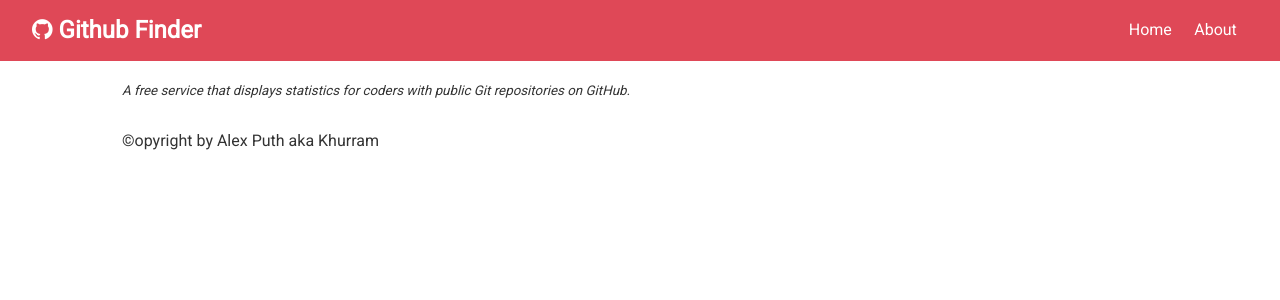
Repository: Abbaskhurram255/github-finder
Page: /about
These files come from the project's save history. The page is drawn as it stood at one moment and after the next save; the edit follows.
The browser window is 1280 px wide. The pictures show the whole page.
The page's requests for data from a server got no answer. The project was rebuilt for these pictures with package versions that can differ from the ones it lists, and the page was loaded fresh each time. No one was signed in, and anything a server would have sent is missing. Also part of the build but not shown: src/components/repos/RepoItem.js, src/components/repos/Repos.js, src/components/users/User.js, src/components/layout/Alert.js, src/components/users/Search.js, src/components/users/UserItem.js, src/components/users/Users.js, src/components/pages/Home.js and 1 more. Imported but missing from the stored project, and not drawn on this page: src/components/layout/Spinner.

Above is the page before, as saved 2020-12-19 22:11:59.

### public/index.html
<!DOCTYPE html>
<html lang="en">
  <head>
    <meta charset="utf-8" />
    <link rel="icon" href="%PUBLIC_URL%/favicon.ico" />
    <meta name="viewport" content="width=device-width, initial-scale=1" />
    <meta name="theme-color" content="#000000" />
    <meta
      name="description"
      content="Web site created using create-react-app"
    />
    <link rel="apple-touch-icon" href="%PUBLIC_URL%/logo192.png" />
    <link rel="manifest" href="%PUBLIC_URL%/manifest.json" />
    <link
      href="https://stackpath.bootstrapcdn.com/font-awesome/4.7.0/css/font-awesome.min.css"
      rel="stylesheet"
      integrity="sha384-wvfXpqpZZVQGK6TAh5PVlGOfQNHSoD2xbE+QkPxCAFlNEevoEH3Sl0sibVcOQVnN"
      crossorigin="anonymous"
    />
    <title>GitHub Finder</title>
  </head>
  <body>
    <noscript>You need to enable JavaScript to run this app.</noscript>
    <div id="root"></div>
  </body>
</html>

### src/App.js
import React, { useState } from 'react';
import { BrowserRouter as Router, Switch, Route } from 'react-router-dom';
import Navbar from './components/layout/Navbar';
import User from './components/users/User';
import Alert from './components/layout/Alert';
import Home from './components/pages/Home';
import NotFound from './components/pages/NotFound';
import About from './components/pages/About';

import GithubState from './context/github/GithubState';
import AlertState from './context/alert/AlertState';

import './App.css';

const App = () => {
  useState(null);

  return (
    <GithubState>
      <AlertState>
        <Router>
          <div className="app">
            <Navbar title="Github Finder" icon="fa fa-github" />
            <div className="container">
              <Alert />
              <Switch>
                <Route exact path="/" component={Home} />
                <Route exact path="/about" component={About} />
                <Route exact path="/user/:login" component={User} />
                <Route component={NotFound} />
              </Switch>
            </div>
          </div>
        </Router>
      </AlertState>
    </GithubState>
  );
};

export default App;

### src/components/layout/Navbar.js
import React from 'react';
import PropTypes from 'prop-types';
import { Link } from 'react-router-dom';

const Navbar = ({ icon, title }) => {
  return (
    <nav className="navbar bg-primary">
      <h1>
        <i className={icon} aria-hidden="true"></i> {title}
      </h1>
      <ul>
        <li>
          <Link to="/">Home</Link>
        </li>
        <li>
          <Link to="/about">About</Link>
        </li>
      </ul>
    </nav>
  );
};

Navbar.defaultProps = {
  title: 'Github Finder',
  icon: 'fa fa-github'
};

Navbar.propTypes = {
  title: PropTypes.string.isRequired,
  icon: PropTypes.string.isRequired
};

export default Navbar;

### src/components/pages/About.js
import React, { Fragment } from 'react';

const About = () => {
  return (
    <Fragment>
      <small><em>A free service that displays statistics for coders with public Git repositories on GitHub.</em><br /></small><br />

      <span id='ab'>&copy;opyright by Alex Puth aka Khurram</span>
    </Fragment>
  );
};

export default About;

### src/context/github/GithubState.js
import React, { useReducer } from 'react';
import axios from 'axios';
import GithubContext from './githubContext';
import GithubReducer from './githubReducer';
import {
  SEARCH_USERS,
  SET_LOADING,
  CLEAR_USERS,
  GET_USER,
  GET_REPOS
} from '../types';

let githubClientId;
let githubClientSecret;

if (process.env.NODE_ENV !== 'production') {
  githubClientId = process.env.REACT_APP_GITHUB_CLIENT_ID;
  githubClientSecret = process.REACT_APP_GITHUB_CLIENT_SECRET;
} else {
  githubClientId = process.env.GITHUB_CLIENT_ID;
  githubClientSecret = process.GITHUB_CLIENT_SECRET;
}

const GithubState = props => {
  const initialState = {
    users: [],
    user: {},
    repos: [],
    loading: false
  };

  const [state, dispatch] = useReducer(GithubReducer, initialState);
  // Search Users
  const searchUsers = async text => {
    setLoading();

    const res = await axios.get(
      `https://api.github.com/search/users?q=${text}&client_id=${githubClientId}&client_secret=${githubClientSecret})`
    );

    dispatch({
      type: SEARCH_USERS,
      payload: res.data.items
    });
  };

  // Get User
  const getUser = async username => {
    setLoading();

    const res = await axios.get(
      `https://api.github.com/users/${username}?client_id=${githubClientId}&client_secret=${githubClientSecret})`
    );

    dispatch({
      type: GET_USER,
      payload: res.data
    });
  };

  // Get Repos
  const getUserRepos = async username => {
    setLoading();

    const res = await axios.get(
      `https://api.github.com/users/${username}/repos?per_page=5&sort=created:asc&client_id=${githubClientId}&client_secret=${githubClientSecret})`
    );

    dispatch({
      type: GET_REPOS,
      payload: res.data
    });
  };

  // Clear Users
  const clearUsers = () =>
    dispatch({
      type: CLEAR_USERS
    });

  // Set Loading
  const setLoading = () => dispatch({ type: SET_LOADING });

  return (
    <GithubContext.Provider
      value={{
        users: state.users,
        user: state.user,
        repos: state.repos,
        loading: state.loading,
        searchUsers,
        clearUsers,
        getUser,
        getUserRepos
      }}
    >
      {props.children}
    </GithubContext.Provider>
  );
};

export default GithubState;

### src/context/alert/AlertState.js
import React, { useReducer } from 'react';

import AlertContext from './alertContext';
import AlertReducer from './alertReducer';
import { SET_ALERT, REMOVE_ALERT } from '../types';

const AlertState = props => {
  const initialState = null;

  const [state, dispatch] = useReducer(AlertReducer, initialState);

  // Set Alert
  const setAlert = (msg, type) => {
    dispatch({
      type: SET_ALERT,
      payload: { msg, type }
    });

    setTimeout(() => dispatch({ type: REMOVE_ALERT }), 5000);
  };

  return (
    <AlertContext.Provider
      value={{
        alert: state,
        setAlert
      }}
    >
      {props.children}
    </AlertContext.Provider>
  );
};

export default AlertState;

### src/context/github/githubReducer.js
import {
  SEARCH_USERS,
  SET_LOADING,
  CLEAR_USERS,
  GET_USER,
  GET_REPOS
} from '../types';

export default (state, action) => {
  switch (action.type) {
    case SEARCH_USERS:
      return {
        ...state,
        users: action.payload,
        loading: false
      };
    case GET_USER:
      return {
        ...state,
        user: action.payload,
        loading: false
      };
    case CLEAR_USERS:
      return {
        ...state,
        users: [],
        loading: false
      };
    case GET_REPOS:
      return {
        ...state,
        repos: action.payload,
        loading: false
      };
    case SET_LOADING:
      return {
        ...state,
        loading: true
      };
    default:
      return state;
  }
};

Loaded but not shown: src/index.js (common file); src/App.css (common file); src/context/github/githubContext.js (common file); src/context/alert/alertContext.js (common file); src/context/types.js (common file); src/context/alert/alertReducer.js (common file)

After the next save:
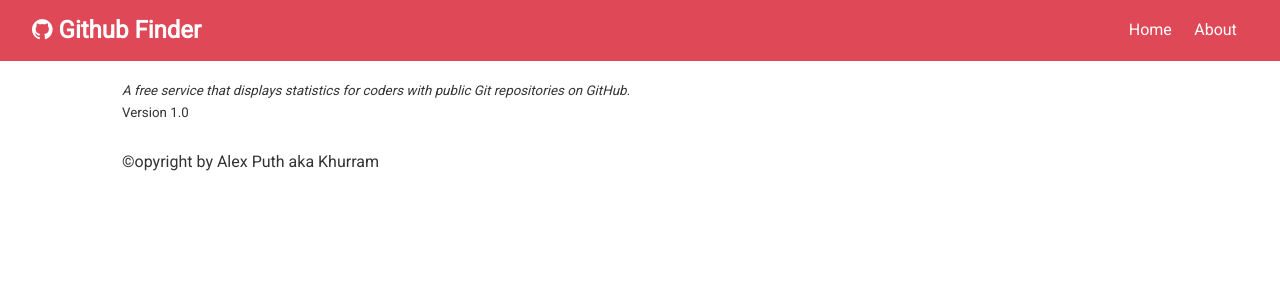
Saved 4 s later.
--- a/src/components/pages/About.js
+++ b/src/components/pages/About.js
@@ -3,7 +3,7 @@
 const About = () => {
   return (
     <Fragment>
-      <small><em>A free service that displays statistics for coders with public Git repositories on GitHub.</em><br /></small><br />
+      <small><em>A free service that displays statistics for coders with public Git repositories on GitHub.</em><br /><p>Version 1.0</p></small><br />
 
       <span id='ab'>&copy;opyright by Alex Puth aka Khurram</span>
     </Fragment>
